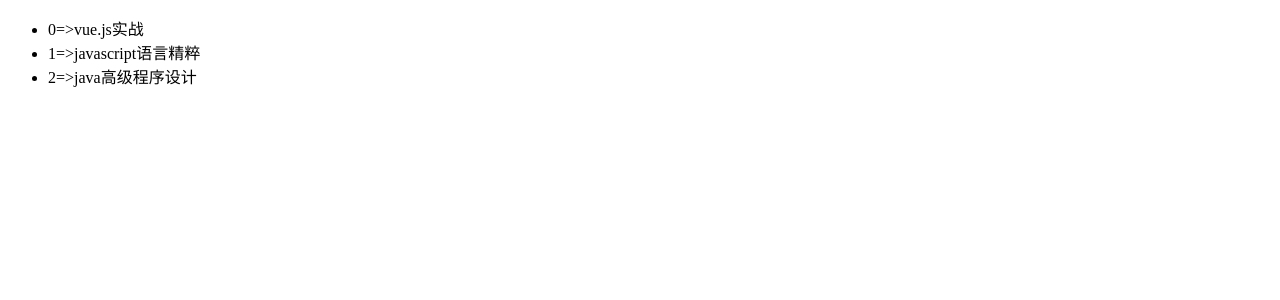
Repository: zhaoyunchong/vueKnowledge
Page: 数组更新.html
These files come from the project's save history. The page is drawn as it stood at one moment and after the next save; the edit follows.
The browser window is 1280 px wide. The pictures show the whole page.

Above is the page before, as saved 2019-12-03 15:48:25.

### 数组更新.html
<!DOCTYPE html>
<html lang="en">
<head>
	<meta charset="UTF-8">
	<title>Document</title>
	<script src="https://cdn.bootcss.com/vue/2.6.10/vue.min.js"></script>
	<style>
		.active{
			color:#FF0;
		}
		.back{
			background-color: #00f;
		}
	</style>
</head>
<body>
	<div id="app">
		<ul>
			<li v-for="(book,index) in books">{{index}}=>{{book.name}}</li>
		</ul>
	</div>
</body>
<script>
	var app1=new Vue({
		el:'#app',//或者'#app'
		data:{
			books:[
				{name:'vue.js实战'},
				{name:'javascript语言精粹'},
				{name:'java高级程序设计'}
			]
		}
	})
	// app1.books.push({
	// 	name:'uniapp实战'
	// });
</script>
</html>

After the next save:
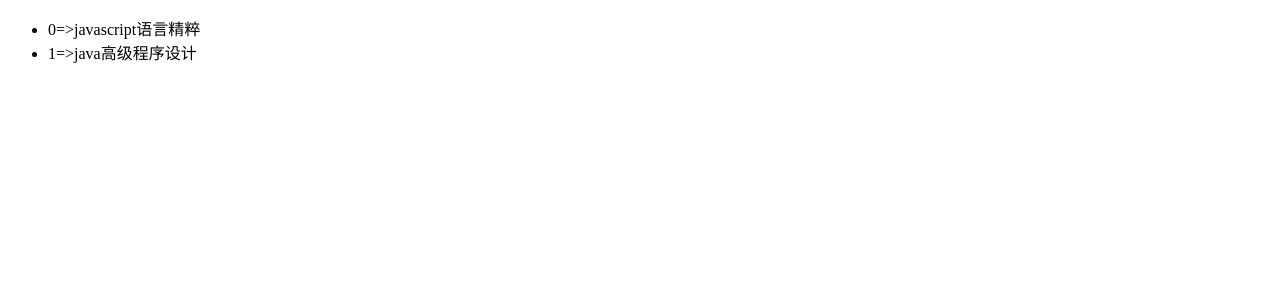
Saved 51 s later.
--- a/数组更新.html
+++ b/数组更新.html
@@ -34,5 +34,6 @@
 	// app1.books.push({
 	// 	name:'uniapp实战'
 	// });
+	app1.books.shift();
 </script>
 </html>
